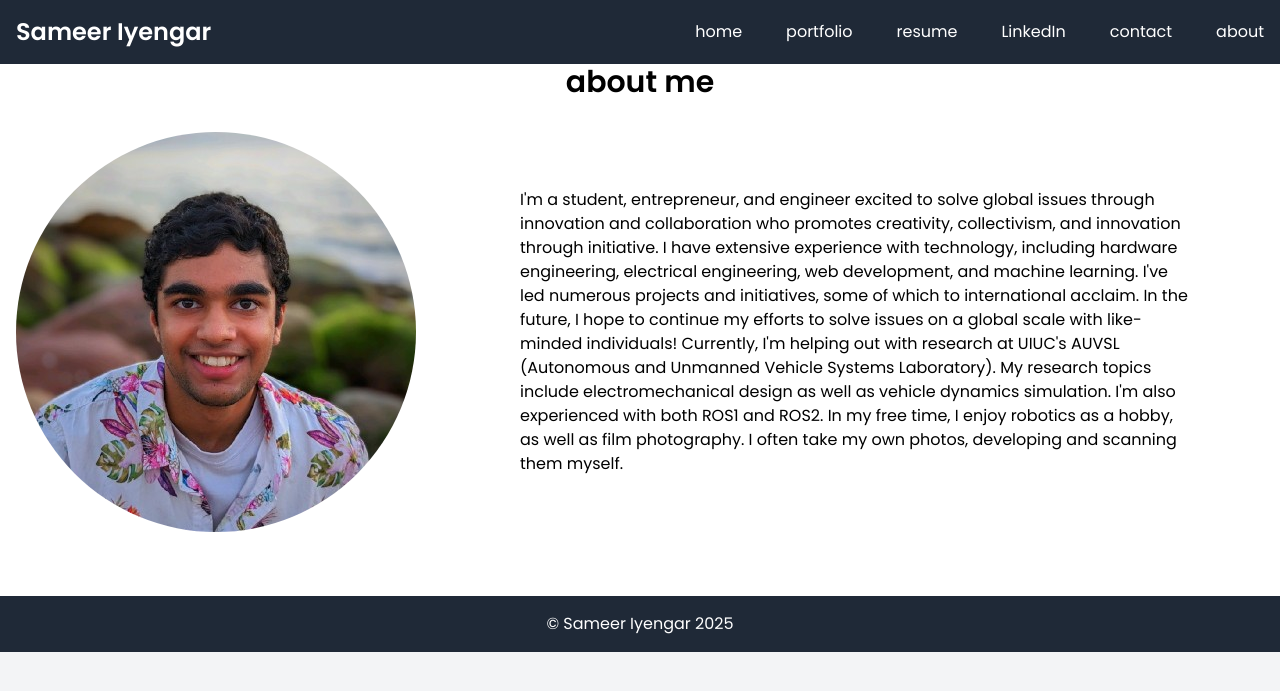
Repository: siyengar04/siyengar04.github.io
Page: about.html
The author's editor kept a copy of each file at every save. The page is drawn from the files as they stood at one save, then again after the next save.
The browser window is 1280 px wide. The pictures show the whole page.
Some web libraries are served in a nearby version.

Above is the page before, as saved 2025-06-26 18:07:30.

After the next save:
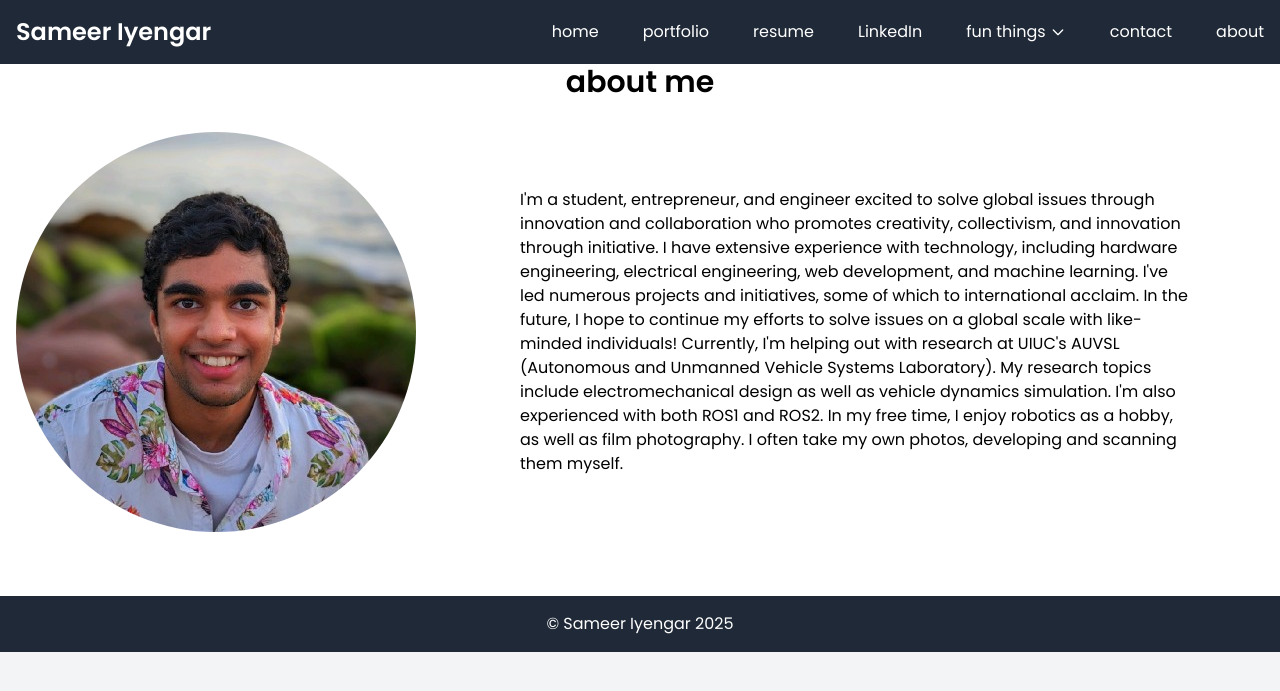
Saved 4 s later.
--- a/about.html
+++ b/about.html
@@ -38,6 +38,23 @@
                     <li><a href="/portfolio.html" class="hover:text-gray-400">portfolio</a></li>
                     <li><a href="/resume.html" class="hover:text-gray-400">resume</a></li>
                     <li><a href="https://www.linkedin.com/in/sameer-iyengar/" class="hover:text-gray-400">LinkedIn</a></li>
+
+                    <!-- Fun Things Dropdown -->
+                    <li class="relative dropdown">
+                        <button class="flex items-center hover:text-gray-400 focus:outline-none">
+                            fun things
+                            <svg xmlns="http://www.w3.org/2000/svg" class="w-4 h-4 ml-1" fill="none" viewBox="0 0 24 24" stroke="currentColor">
+                                <path stroke-linecap="round" stroke-linejoin="round" stroke-width="2" d="M19 9l-7 7-7-7" />
+                            </svg>
+                        </button>
+                        <div class="absolute z-20 hidden w-48 py-1 mt-2 bg-gray-700 rounded-md shadow-lg dropdown-menu">
+                            <a href="/cat-gallery.html" class="block px-4 py-2 hover:bg-gray-600">eva!!</a>
+                            <!-- <a href="/travel-photos.html" class="block px-4 py-2 hover:bg-gray-600">Travel Photos</a>
+                            <a href="/hobbies.html" class="block px-4 py-2 hover:bg-gray-600">My Hobbies</a>
+                            <a href="/fun-facts.html" class="block px-4 py-2 hover:bg-gray-600">Fun Facts</a> -->
+                        </div>
+                    </li>
+
                     <li><a href="/contact.html" class="hover:text-gray-400">contact</a></li>
                     <li><a href="/about.html" class="hover:text-gray-400">about</a></li>
                 </ul>
